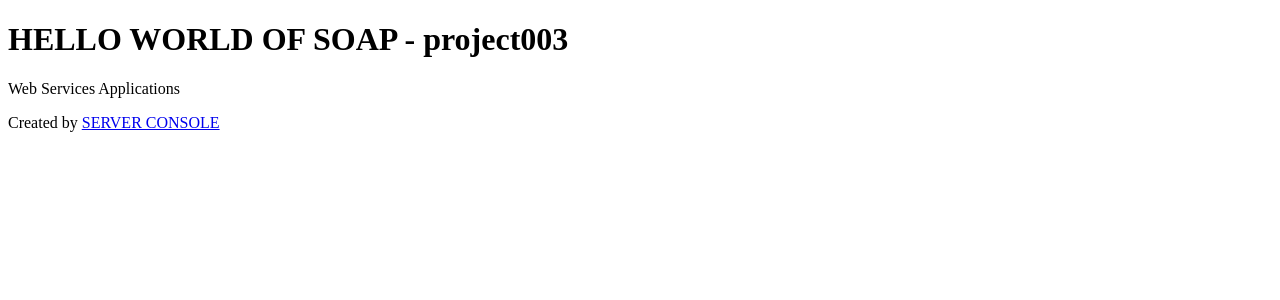
Repository: atafs/BackEnd_JAX-JAX-WS_SOAP
Page: http://localhost/Project_003_SOAP_server_ServiceAndContractFirst/
These files come from the project's save history. The page is drawn as it stood at one moment and after the next save; the edit follows.
The browser window is 1280 px wide. The pictures show the whole page.
The page is served by Tomcat 9. Other server files are loaded and not shown.

Above is the page before, as saved 2016-01-26 10:57:50.

### Project_003_SOAP_server_ServiceAndContractFirst/WebContent/index.jsp
<%@ page language="java" contentType="text/html; charset=ISO-8859-1"
    pageEncoding="ISO-8859-1"%>
<!DOCTYPE html PUBLIC "-//W3C//DTD HTML 4.01 Transitional//EN" "http://www.w3.org/TR/html4/loose.dtd">
<html>

<!-- HEADER -->
<head>
<meta http-equiv="Content-Type" content="text/html; charset=ISO-8859-1">
<title>TEST_MART SERVICE</title>
</head>

<!-- BODY -->
<body>
	<h1>HELLO WORLD OF SOAP - project003</h1>
	<p>Web Services Applications</p>
</body>

<!-- FOOTER -->
<footer>
   <p>Created by <a href="http://localhost:4848/common/index.jsf">SERVER CONSOLE</a></p>
</footer>
</html>

After the next save:
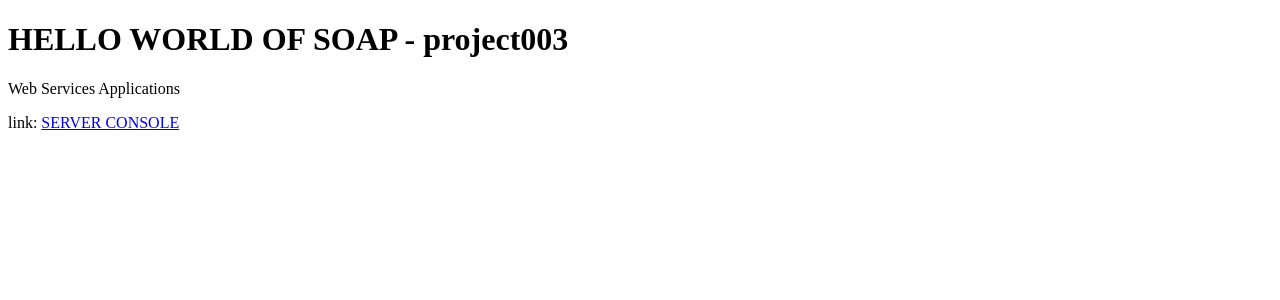
Saved 20 s later.
--- a/Project_003_SOAP_server_ServiceAndContractFirst/WebContent/index.jsp
+++ b/Project_003_SOAP_server_ServiceAndContractFirst/WebContent/index.jsp
@@ -17,6 +17,6 @@
 
 <!-- FOOTER -->
 <footer>
-   <p>Created by <a href="http://localhost:4848/common/index.jsf">SERVER CONSOLE</a></p>
+   <p>link: <a href="http://localhost:4848/common/index.jsf">SERVER CONSOLE</a></p>
 </footer>
 </html>
